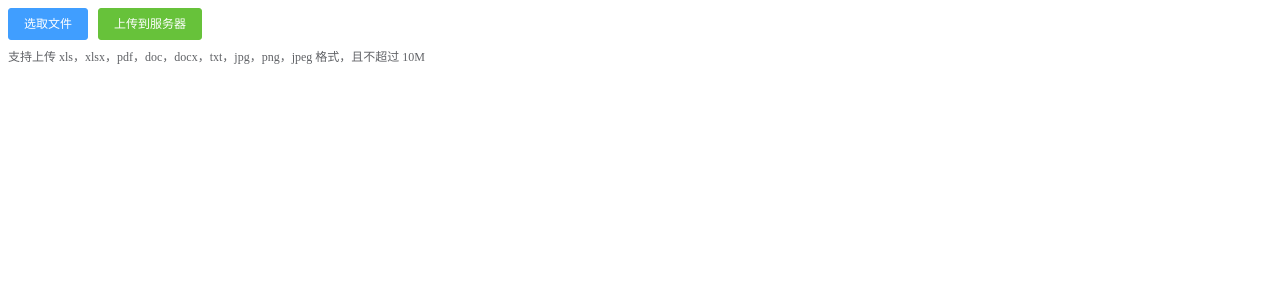
Repository: wfj01/Qmhht
Page: /#/Upload
These files come from the project's save history. The page is drawn as it stood at one moment and after the next save; the edit follows.
The browser window is 1280 px wide. The pictures show the whole page.
The project was rebuilt for these pictures with package versions that can differ from the ones it lists, and the page was loaded fresh each time. Also part of the build but not shown: src/components/HelloWorld.vue, src/view/msite.vue, src/view/index/index.vue, src/view/index/home/home.vue, src/view/login/login.vue, src/components/add/adduser.vue, src/view/table/table.vue.

Above is the page before, as saved 2021-01-16 15:21:31.
Console error: TypeError: Cannot read properties of undefined (reading 'protocol')

### src/main.js
// The Vue build version to load with the `import` command
// (runtime-only or standalone) has been set in webpack.base.conf with an alias.
import Vue from 'vue'
import App from './App'
import router from './router'
import Element  from 'element-ui';
import 'element-ui/lib/theme-chalk/index.css';
import axios from 'axios'
axios.defaults.headers.post['Content-Type'] = 'application/json';
Vue.prototype.$ajax = axios
Vue.use( axios)
Vue.use(Element, { size: 'small', zIndex: 3000 });

Vue.config.productionTip = false

/* eslint-disable no-new */
new Vue({
  el: '#app',
  router,
  components: { App },
  template: '<App/>'
})

### src/router/index.js
import Vue from 'vue'
import Router from 'vue-router'
import HelloWorld from '@/components/HelloWorld'
import MsitePage from '@/view/msite'
import IndexPage from '@/view/index/index'
import HomePage from '@/view/index/home/home'
import LoginPage from '@/view/login/login'
import TablePage from '@/view/table/table'
import UploadFile from  '@/view/uploadfile/index'
//申明使用插件
Vue.use(Router)

export default new Router({
  routes:[
    {
      path:'/index',
      name:"IndexPage",
      component: IndexPage,
      meta: {
        showFooter: true
      }
    },
    {
      path:'/home',
      component:HomePage,
      meta: {
        showFooter: true
      }
    },
    {
      path:'/Login',
      component:LoginPage,
      meta: {
        showFooter: false
      }
    },
    {
      path:'/Table',
      name:"TablePage",
      component:TablePage,
      meta: {
        showFooter: false
      }
    },
    {
      path:'/Upload',
      name:"UploadFile",
      component:UploadFile,
      meta: {
        showFooter: false
      }
    },
    {
      path: '/',
      component:MsitePage,
    }
  ]
})

### src/view/uploadfile/index.vue
<template>
  <el-upload
    ref="upload"
    :limit="1"
    :on-remove="handleRemove"
    :on-error="onError"
    :file-list="fileList"
    :auto-upload="false"
    :http-request="uploadFile"
    action="https://jsonplaceholder.typicode.com/posts/"
    class="upload-demo"
  >
    <el-button slot="trigger" size="small" type="primary">选取文件</el-button>
    <el-button
      style="margin-left: 10px"
      size="small"
      type="success"
      @click="submitUpload"
      >上传到服务器</el-button
    >
    <div slot="tip" class="el-upload__tip">
      支持上传 {{ strRebuild(fileType) }} 格式，且不超过 {{ fileSize }}M
    </div>
  </el-upload>
</template>

<script>
import { strRebuild, lastSubstring } from "@/utils/strUtil";
import { message } from "@/utils/message";
import axios from "axios";
export default {
  data() {
    return {
      // 附件列表
      fileList: [],
      // 允许的文件类型
      fileType: [
        "xls",
        "xlsx",
        "pdf",
        "doc",
        "docx",
        "txt",
        "jpg",
        "png",
        "jpeg",
      ],
      // 运行上传文件大小，单位 M
      fileSize: 10,
    };
  },
  methods: {
    // 清空表单
    clear() {
      // 清空附件
      this.$refs.upload.clearFiles();
    },

    // 附件检查
    // 检查附件是否属于可上传类型
    // 检查附件是否超过限制大小
    checkFile() {
      var flag = true;
      var tip = "";
      var files = this.$refs.upload.uploadFiles;
      files.forEach((item) => {
        // 文件过大
        if (item.size > this.fileSize * 1024 * 1024) {
          flag = false;
          tip = " 文件超过" + this.fileSize + "M";
        }
        // 文件类型不属于可上传的类型
        if (!this.fileType.includes(lastSubstring(item.name, "."))) {
          flag = false;
          tip = " 文件类型不可上传";
        }
      });
      if (!flag) {
        message("error", tip);
      }
      return flag;
    },

    // 提交附件
    submitUpload() {
      let aa = this.$refs.upload.uploadFiles;
      console.log("aa", aa);
      this.$ajax({
        method: "post",
        url: "http://localhost:33527/MultiFileUpload",
        data: aa,
      }).then((resp) => {
        if (resp.data.flag != true) {
          // 失败
          this.$message({
            message: "上传药材图片失败",
            type: "warning",
          });
        }
      });
    },

    // 自定义文件上传方法
    uploadFile(file) {
      // 把文件放入 FormData 进行提交
      const param = new FormData();
      param.append("files", file.file);
      uploadFile(param).then((response) => {
        // TODO 一些关闭弹框，上传成功提示等
      });
    },

    // 移除附件
    handleRemove(file, fileList) {
      console.log("移除附件...");
    },

    // 附件上传失败，打印下失败原因
    onError(err) {
      message("error", "附件上传失败");
      console.log(err);
    },

    // 字符串重组
    strRebuild(str) {
      return strRebuild(str);
    },
  },
};
</script>

<style scoped>
</style>

### src/utils/strUtil.js
// 字符串相关工具类
// 数组根据分隔符重组为字符串
export function strRebuild(arr, split) {
    if (arr === undefined || arr === null || !(arr instanceof Array) || arr.length === 0) {
    return ''
    }
    if (split === undefined || split === null) {
    split = '，'
    }
    var str = ''
    arr.forEach((v, i) => {
    if (i === arr.length - 1) {
    str = str + v
    } else {
    str = str + v + split
    }
    })
    return str
   }

   // 截取最后一个特定字符后面的字符串
   export function lastSubstring(str, split) {
    if (str === undefined || str === null || split === undefined || split === null) {
    return ''
    }
    return str.substring(str.lastIndexOf(split) + 1)
   }

### src/utils/message.js
import { Message } from 'element-ui'

// 提示封装 type 提示类型， msg 提示信息，duration 持续时间
export function message(type, msg, duration) {
 Message({
 message: msg || 'success',
 type: type || 'success',
 duration: duration || 5 * 1000
 })
}

// 带删除键提示，duration 为 0 时，不会自动消失
// 提示封装 type 提示类型， msg 提示信息，duration 持续时间
export function messageShowClose(type, msg, duration) {
 Message({
 message: msg || 'success',
 type: type || 'success',
 duration: duration || 0,
 showClose: true
 })
}

Loaded but not shown: index.html (common file); src/App.vue (common file)

After the next save:
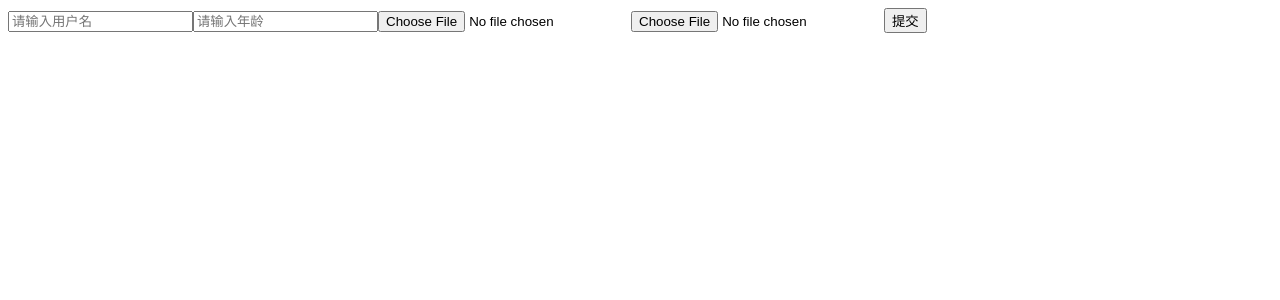
Saved 76 s later.
--- a/src/view/uploadfile/index.vue
+++ b/src/view/uploadfile/index.vue
@@ -1,27 +1,12 @@
 <template>
-  <el-upload
-    ref="upload"
-    :limit="1"
-    :on-remove="handleRemove"
-    :on-error="onError"
-    :file-list="fileList"
-    :auto-upload="false"
-    :http-request="uploadFile"
-    action="https://jsonplaceholder.typicode.com/posts/"
-    class="upload-demo"
-  >
-    <el-button slot="trigger" size="small" type="primary">选取文件</el-button>
-    <el-button
-      style="margin-left: 10px"
-      size="small"
-      type="success"
-      @click="submitUpload"
-      >上传到服务器</el-button
-    >
-    <div slot="tip" class="el-upload__tip">
-      支持上传 {{ strRebuild(fileType) }} 格式，且不超过 {{ fileSize }}M
-    </div>
-  </el-upload>
+  <!--文件上传表单-->
+  <form>
+    <input type="text" value="" v-model="name" placeholder="请输入用户名" />
+    <input type="text" value="" v-model="age" placeholder="请输入年龄" />
+    <input type="file" @change="getFile($event)" />
+    <input type="file" @change="getFile2($event)" />
+    <button @click="submit($event)">提交</button>
+  </form>
 </template>
 
 <script>
@@ -31,22 +16,9 @@ import axios from "axios";
 export default {
   data() {
     return {
-      // 附件列表
-      fileList: [],
-      // 允许的文件类型
-      fileType: [
-        "xls",
-        "xlsx",
-        "pdf",
-        "doc",
-        "docx",
-        "txt",
-        "jpg",
-        "png",
-        "jpeg",
-      ],
-      // 运行上传文件大小，单位 M
-      fileSize: 10,
+      //文件
+      file: "",
+      file2: "",
     };
   },
   methods: {
